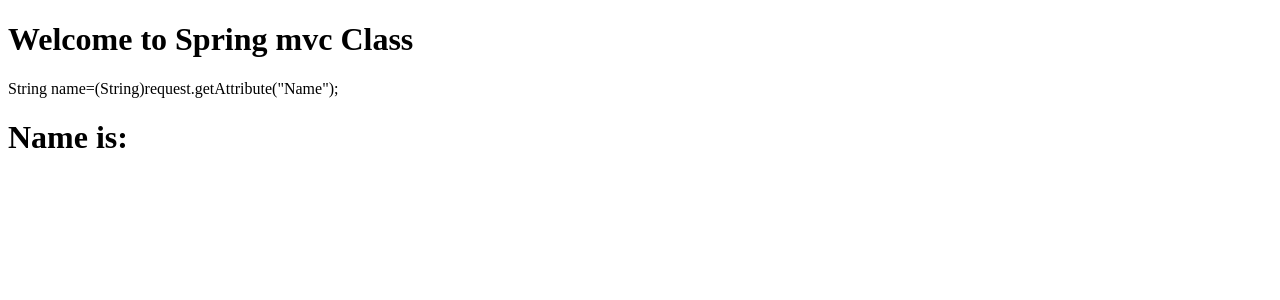
Repository: priyaadya/spring-practice-codes
Page: http://localhost/SpringmvcProject/home
An editor plug-in stored every save of this project. The page is shown before and after the next save, followed by the edit.
The browser window is 1280 px wide. The pictures show the whole page.
The page is served by Tomcat 9.

Above is the page before, as saved 2023-05-31 16:41:11.

After the next save:
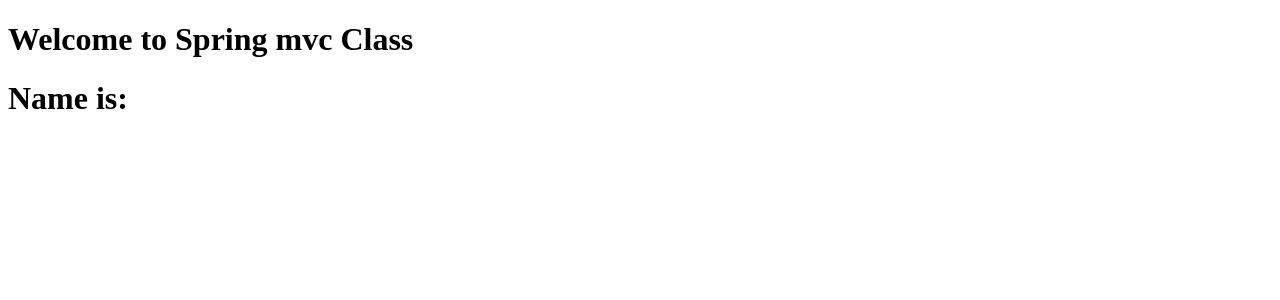
Saved 2 min 4 s later.
--- a/SpringmvcProject/src/main/webapp/WEB-INF/views/index4.jsp
+++ b/SpringmvcProject/src/main/webapp/WEB-INF/views/index4.jsp
@@ -8,8 +8,10 @@
 </head>
 <body>
 <h1>Welcome to Spring mvc Class</h1>
+<%
 
 String name=(String)request.getAttribute("Name");
+%>
 
 <h1>Name is:</h1>
 
